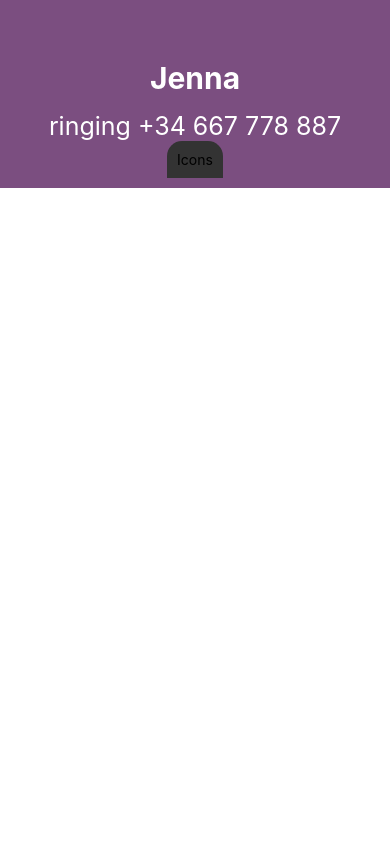
Repository: JennaFi/VideoCallApp
Screen: /
The author's editor kept a copy of each file at every save. The screen is drawn from the files as they stood at one save, then again after the next save.
The app was drawn by React Native's web renderer in a window 390 px wide. The project was rebuilt for these pictures with package versions that can differ from the ones it lists, and the page was loaded fresh each time.

Above is the screen before, as saved 2022-01-11 23:44:37.

After the next save:
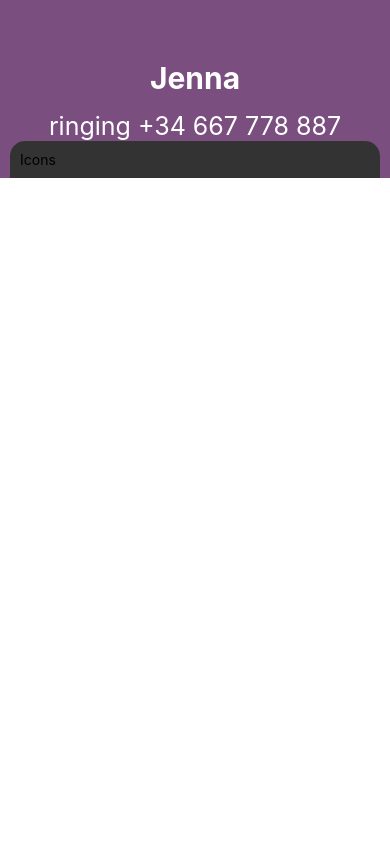
Saved 3 min 26 s later.
--- a/src/screens/CallingScreen/index.js
+++ b/src/screens/CallingScreen/index.js
@@ -9,8 +9,8 @@ const CallingScreen = () => {
         <Text style={styles.phoneNumber}>ringing +34 667 778 887</Text>
 
         <View style={styles.buttonsContainer}>
-        <Text>Icons</Text>
-      </View>
+          <Text>Icons</Text>
+        </View>
 
       </View>
 
@@ -29,7 +29,8 @@ const styles = StyleSheet.create({
     backgroundColor: '#7b4e80',
     flex: 1,
     alignItems: 'center',
-    padding: 10
+    paddingTop: 10,
+    paddingHorizontal: 10
 
 
   },
@@ -48,10 +49,12 @@ const styles = StyleSheet.create({
 
   },
   buttonsContainer: {
+
     backgroundColor: '#333333',
     padding: 10,
     borderTopLeftRadius: 15,
-    borderTopRightRadius: 15
+    borderTopRightRadius: 15,
+    width: '100%'
   }
 })
 
